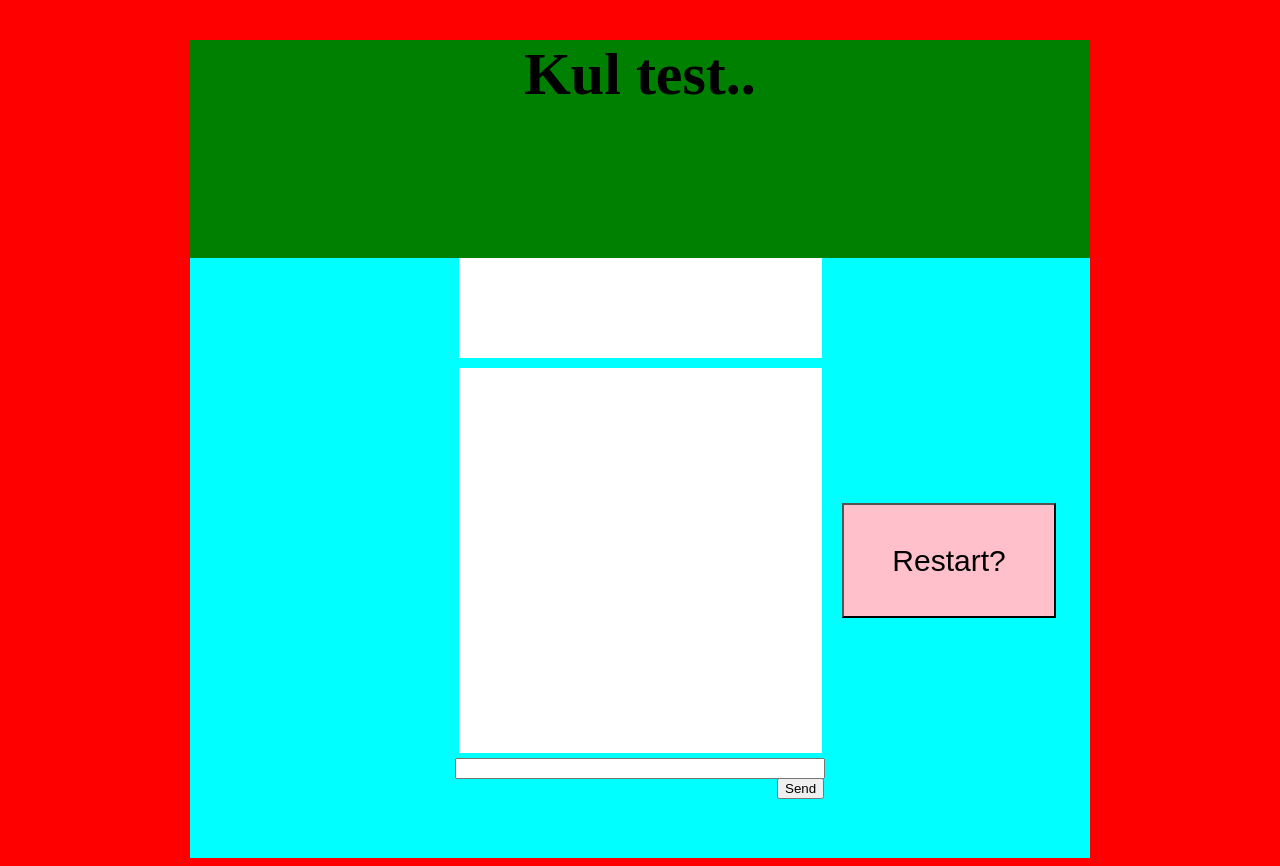
Repository: al223jw/1dv403-laborationer
Page: 4-thequiz/index.html
The author's editor kept a record of every edit. The page is drawn from the files as they stood at one moment, then again after the next edit.
The browser window is 1280 px wide. The pictures show the whole page.
Empty fields were first filled with sample values (such as "Sample", 5 or name@example.com).
After loading, the first visible `#restart` was clicked once.
The page's requests for data from a server got no answer.

Above is the page before.

After the next edit:
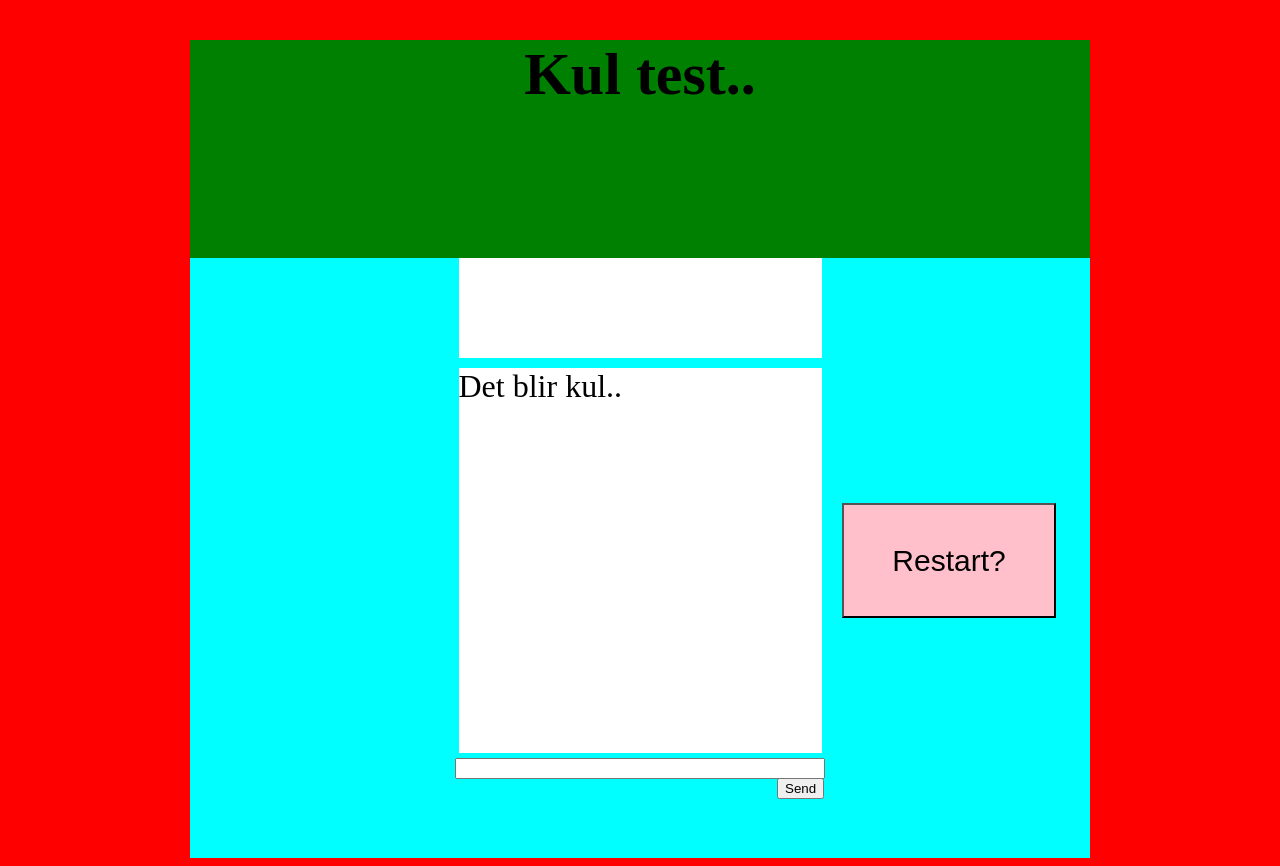
The edit:
--- a/4-thequiz/javascript/thejavascript.js
+++ b/4-thequiz/javascript/thejavascript.js
@@ -126,7 +126,7 @@ var quiz =
         quiz.arrayTry = [];
         quiz.jsoncopy = null;
         quiz.restart = 0;
-        status.innerHTML = "";
+        status.innerHTML = "Det blir kul..";
         quiz.init();
     }
 };
